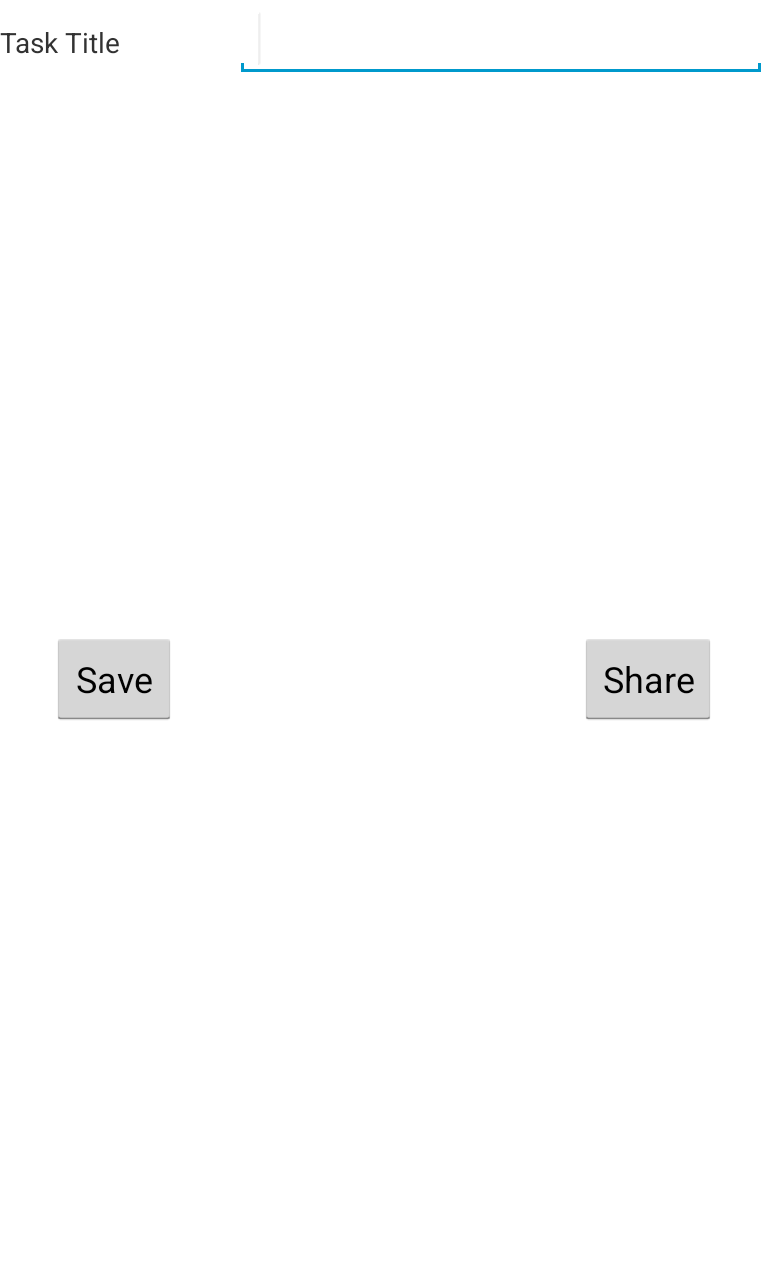
Repository: yj354/alwaysonworkspace
Layout: ListyTasky001/res/layout/activity_2_0.xml
An editor plug-in stored every save of this project. The layout is shown before and after the next save, followed by the edit.
It is drawn on a 768 x 1280 px phone screen (xhdpi) without system bars, with theme AppTheme; the app's code is not run.

Above is the layout before, as saved 2014-03-06 07:41:55.

### ListyTasky001/res/layout/activity_2_0.xml
<?xml version="1.0" encoding="utf-8"?>
<LinearLayout xmlns:android="http://schemas.android.com/apk/res/android"
    android:layout_width="match_parent"
    android:layout_height="match_parent"
    android:layoutMode="opticalBounds"
    android:orientation="vertical" >

    <LinearLayout
        android:layout_width="match_parent"
        android:layout_height="wrap_content"
        android:layout_weight="0.5"
        android:layoutMode="opticalBounds"
        android:orientation="horizontal" >

        <TextView
            android:id="@+id/textView20.0"
            android:layout_width="wrap_content"
            android:layout_height="wrap_content"
            android:layout_weight="0.5"
            android:text="Task Title" />

        <EditText
            android:id="@+id/editText20.0"
            android:layout_width="wrap_content"
            android:layout_height="wrap_content"
            android:layout_weight="0.5"
            android:ems="10" >

            <requestFocus />
        </EditText>

    </LinearLayout>

    <RelativeLayout
        android:layout_width="match_parent"
        android:layout_height="wrap_content"
        android:layout_weight="0.5"
        android:layoutMode="opticalBounds"
        android:orientation="horizontal" >

        <Button
            android:id="@+id/button20.0"
            android:layout_width="wrap_content"
            android:layout_height="wrap_content"
            android:layout_alignParentLeft="true"
            android:layout_alignParentTop="true"
            android:layout_marginLeft="25dp"
            android:text="Save" />

        <Button
            android:id="@+id/button20.1"
            android:layout_width="wrap_content"
            android:layout_height="wrap_content"
            android:layout_alignParentRight="true"
            android:layout_alignParentTop="true"
            android:layout_marginRight="25dp"
            android:text="Share" />

    </RelativeLayout>

</LinearLayout>

Loaded but not shown: ListyTasky001/res/values/styles.xml (common file); ListyTasky001/res/values-v11/styles.xml (common file); ListyTasky001/res/values-v14/styles.xml (common file)

After the next save:
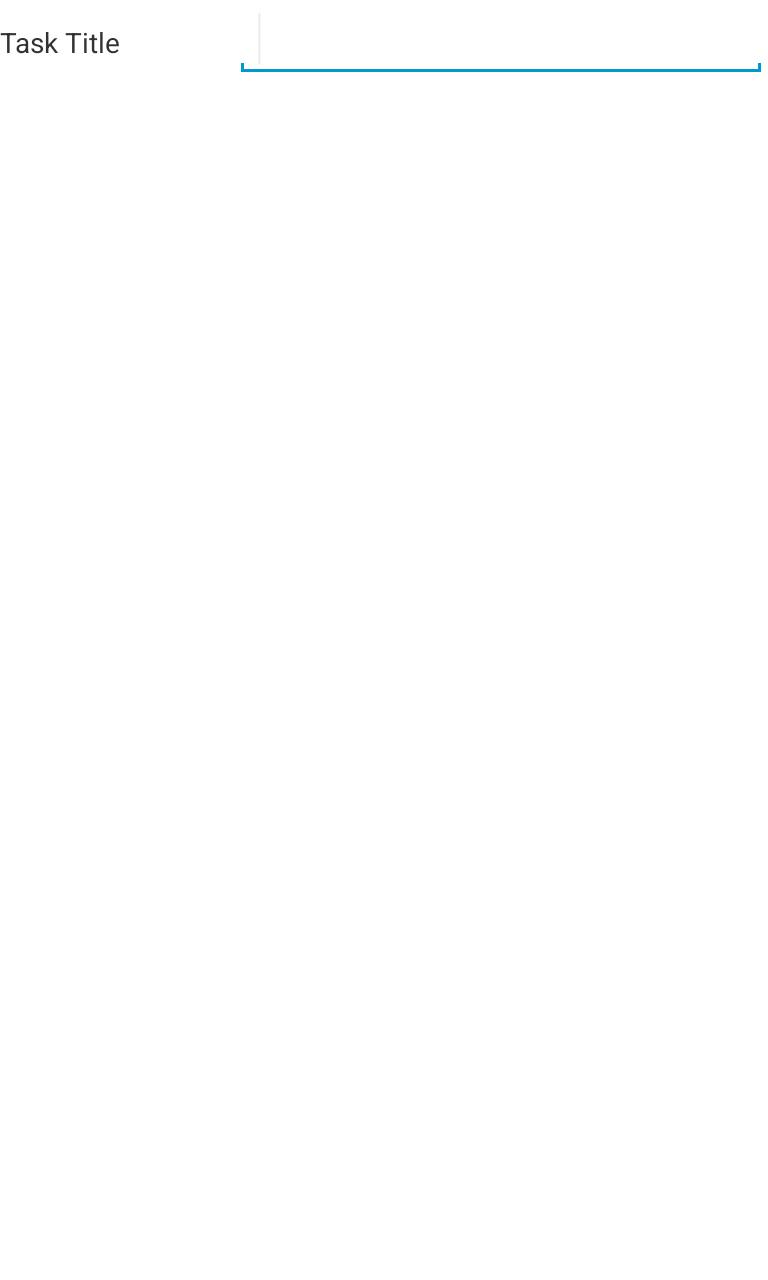
Saved 4 min 35 s later.
--- a/ListyTasky001/res/layout/activity_2_0.xml
+++ b/ListyTasky001/res/layout/activity_2_0.xml
@@ -32,7 +32,7 @@
     </LinearLayout>
 
     <RelativeLayout
-        android:layout_width="match_parent"
+        android:layout_width="wrap_parent"
         android:layout_height="wrap_content"
         android:layout_weight="0.5"
         android:layoutMode="opticalBounds"

After the save that followed:
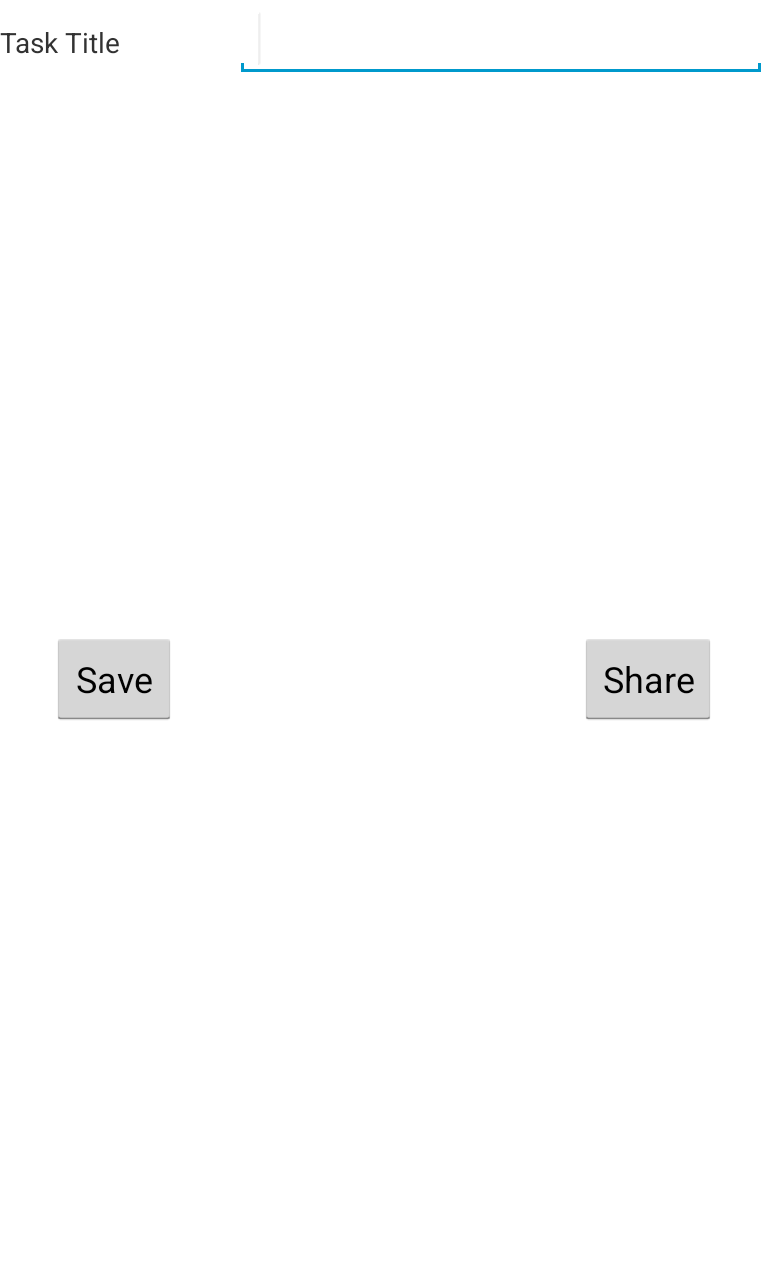
Saved 35 s later.
--- a/ListyTasky001/res/layout/activity_2_0.xml
+++ b/ListyTasky001/res/layout/activity_2_0.xml
@@ -32,7 +32,7 @@
     </LinearLayout>
 
     <RelativeLayout
-        android:layout_width="wrap_parent"
+        android:layout_width="match_parent"
         android:layout_height="wrap_content"
         android:layout_weight="0.5"
         android:layoutMode="opticalBounds"
